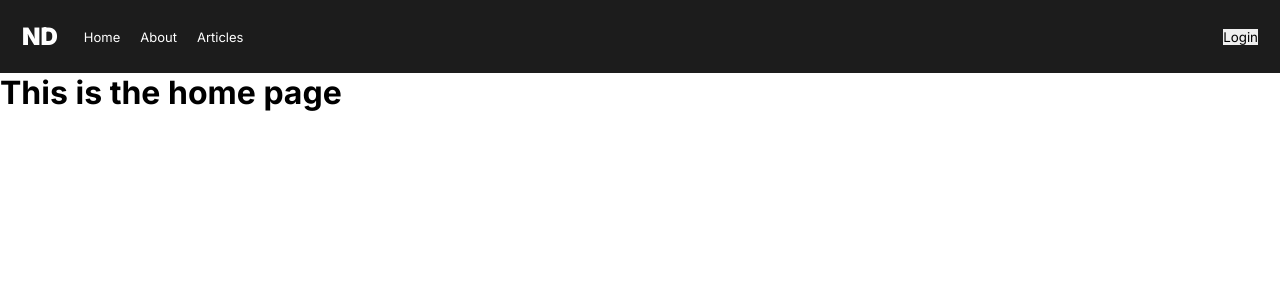
Repository: neomdavid/advancedwebprogramming
Page: /
These files come from the project's save history. The page is drawn as it stood at one moment and after the next save; the edit follows.
The browser window is 1280 px wide. The pictures show the whole page.
The project was rebuilt for these pictures with package versions that can differ from the ones it lists, and the page was loaded fresh each time. Also part of the build but not shown: vite.config.js, src/index.css, src/pages/AboutPAge.jsx, src/pages/ArticleList.jsx, src/pages/ArticlePage.jsx.

Above is the page before, as saved 2025-04-08 08:45:47.

After the next save:
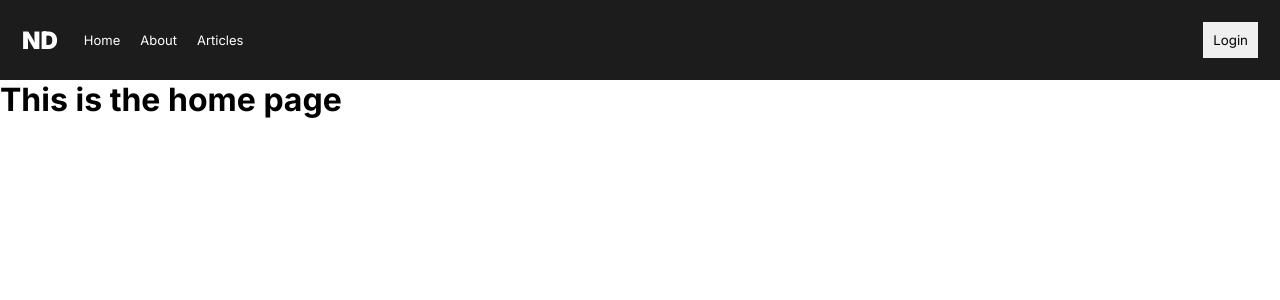
Saved 48 s later.
--- a/src/components/Button.jsx
+++ b/src/components/Button.jsx
@@ -1,3 +1,4 @@
+import moduleName from "../styles/Button.css";
 const Button = ({ children, onClick }) => {
   return (
     <button className="custom-button" onClick={onClick}>
